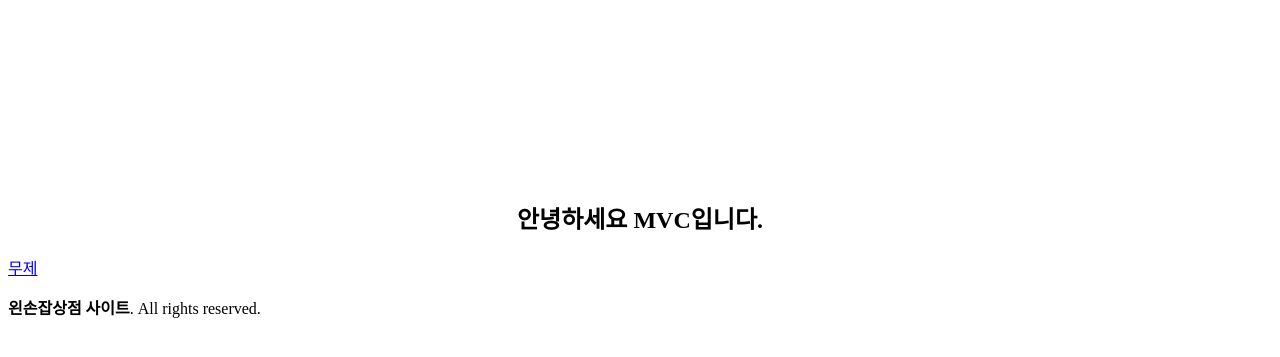
Repository: GroundPark/team6
Page: http://localhost/lefthand/index.jsp
These files come from the project's save history. The page is drawn as it stood at one moment and after the next save; the edit follows.
The browser window is 1280 px wide. The pictures show the whole page.
The page is served by Tomcat 9. Nobody is signed in. The application's start-up code is not run.

Above is the page before, as saved 2021-11-13 13:20:50.

After the next save:
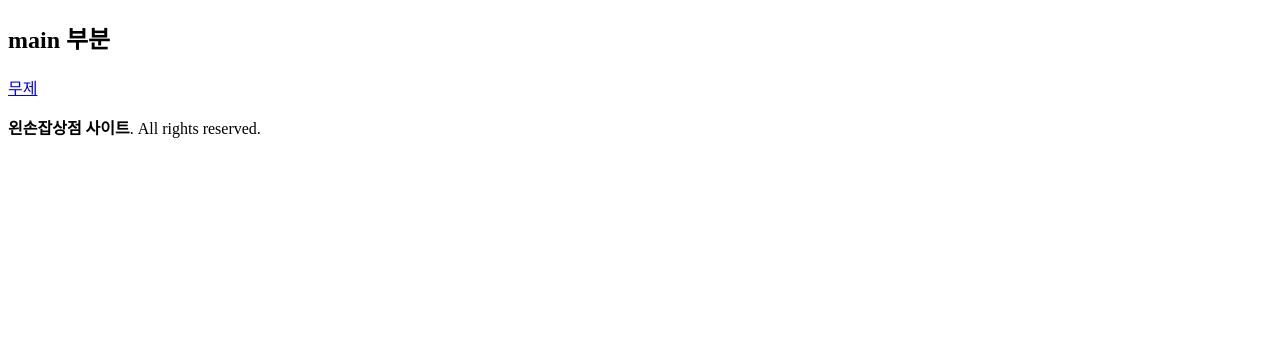
Saved 60 s later.
--- a/lefthand/WebContent/index.jsp
+++ b/lefthand/WebContent/index.jsp
@@ -1,7 +1,7 @@
 <%@ page language="java" contentType="text/html; charset=UTF-8" pageEncoding="UTF-8"%>
 <%@include file ="include/header.jsp" %>
 <section id="content">
-    <h2 align="center" style="margin-top: 200px;">안녕하세요 MVC입니다.</h2>
+    <h2>main 부분</h2>
 </section>
  <a href="*">무제</a>
 <%@include file ="include/footer.jsp" %>
